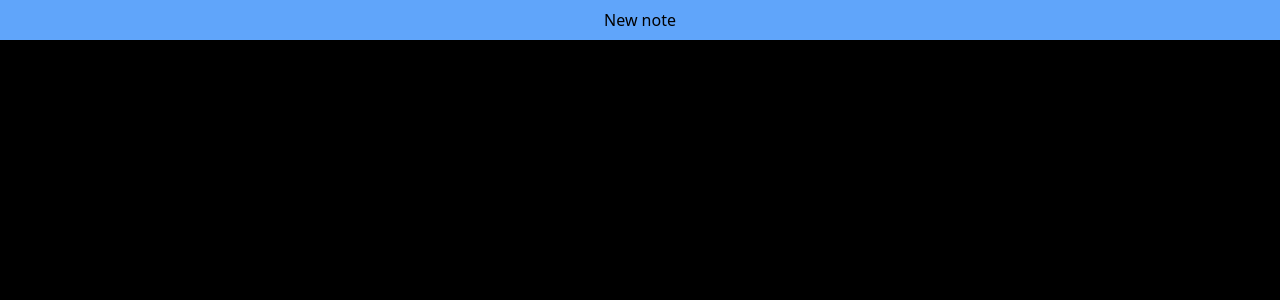
Repository: TMuse333/works-software-assessment
Page: /
These files come from the project's save history. The page is drawn as it stood at one moment and after a run of saves; the edit follows.
The browser window is 1280 px wide. The pictures show the whole page.
The project was rebuilt for these pictures with package versions that can differ from the ones it lists, and the page was loaded fresh each time. Also part of the build but not shown: vite.config.js, src/components/note/note.jsx.

Above is the page before, as saved 2024-04-02 17:21:24.

### src/App.jsx
import { useState } from 'react'
import reactLogo from './assets/react.svg'
import viteLogo from '/vite.svg'
import './App.css'
import Note from './components/note/note'
import Navbar from './components/navbar/navbar'

function App() {
  const [count, setCount] = useState(0)

  return (
    <>
    <div className='bg-black h-screen w-screen absolute top-0 left-0'>


    <Navbar/>
  {/* <Note/> */}
  </div>
    </>
  )
}

export default App

### src/components/navbar/navbar.tsx
import React from "react";


const Navbar: React.FC = () => {

return (
    <div className="relative bg-blue-400 p-2">
       <ul>
        <li>New note</li>
       </ul>
    </div>
)

}

export default Navbar

Loaded but not shown: index.html (common file); src/main.jsx (common file); src/index.css (common file); src/App.css (common file); tailwind.config.js (common file)

After the next 2 saves:
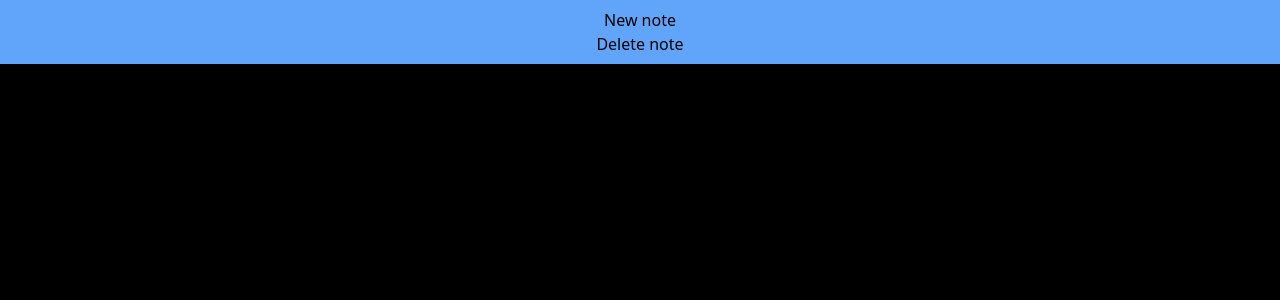
The 2 saves are shown as one change because they came seconds apart.
The last was saved 13 s later.
--- a/src/components/navbar/navbar.tsx
+++ b/src/components/navbar/navbar.tsx
@@ -7,6 +7,7 @@
     <div className="relative bg-blue-400 p-2">
        <ul>
         <li>New note</li>
+        <li>Delete note</li>
        </ul>
     </div>
 )

After the 3 saves that followed:
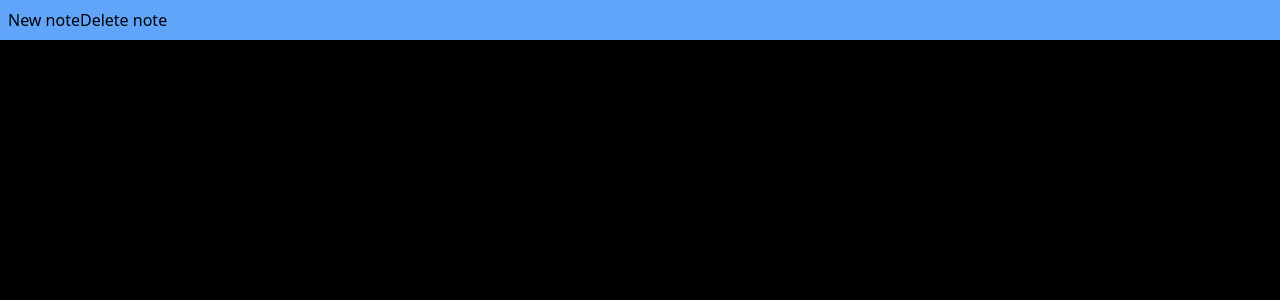
The 3 saves are shown as one change because they came seconds apart.
The last was saved 11 s later.
--- a/src/components/navbar/navbar.tsx
+++ b/src/components/navbar/navbar.tsx
@@ -5,7 +5,7 @@
 
 return (
     <div className="relative bg-blue-400 p-2">
-       <ul>
+       <ul className="flex column">
         <li>New note</li>
         <li>Delete note</li>
        </ul>
